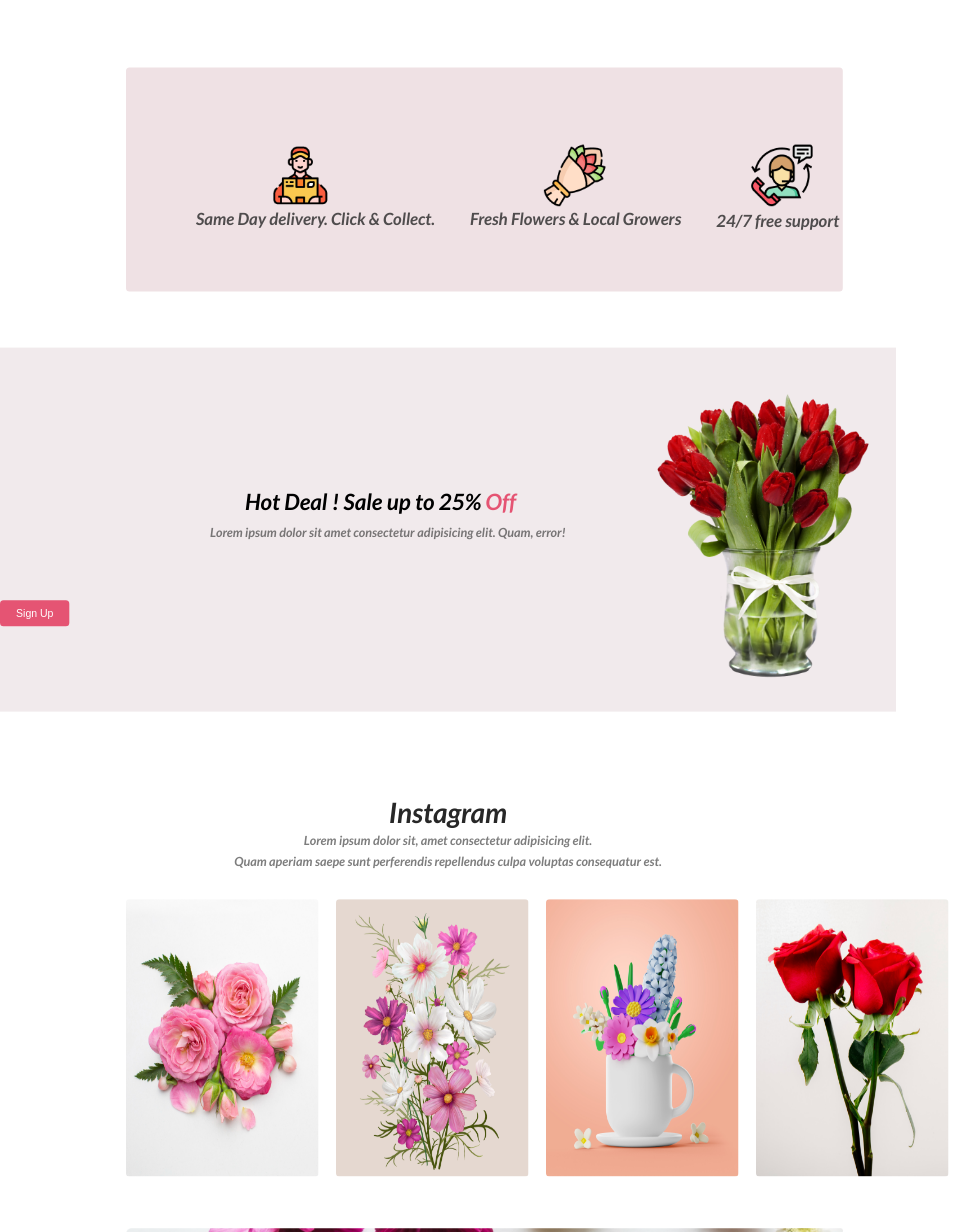
Repository: AnitaAkter/anita-flower-shop
Page: index.html
These files come from the project's save history. The page is drawn as it stood at one moment and after a run of saves; the edit follows.
The browser window is 1280 px wide. The page is 1393 px wide, so the pictures cover 1393 px, including what lies to the right of the window. The pictures show the part of the page from y = 1691 to 3451 px (the page is 3766 px tall), at 70% of full size.

Above is the page before, as saved 2023-09-06 20:35:22.

After the next 5 saves:
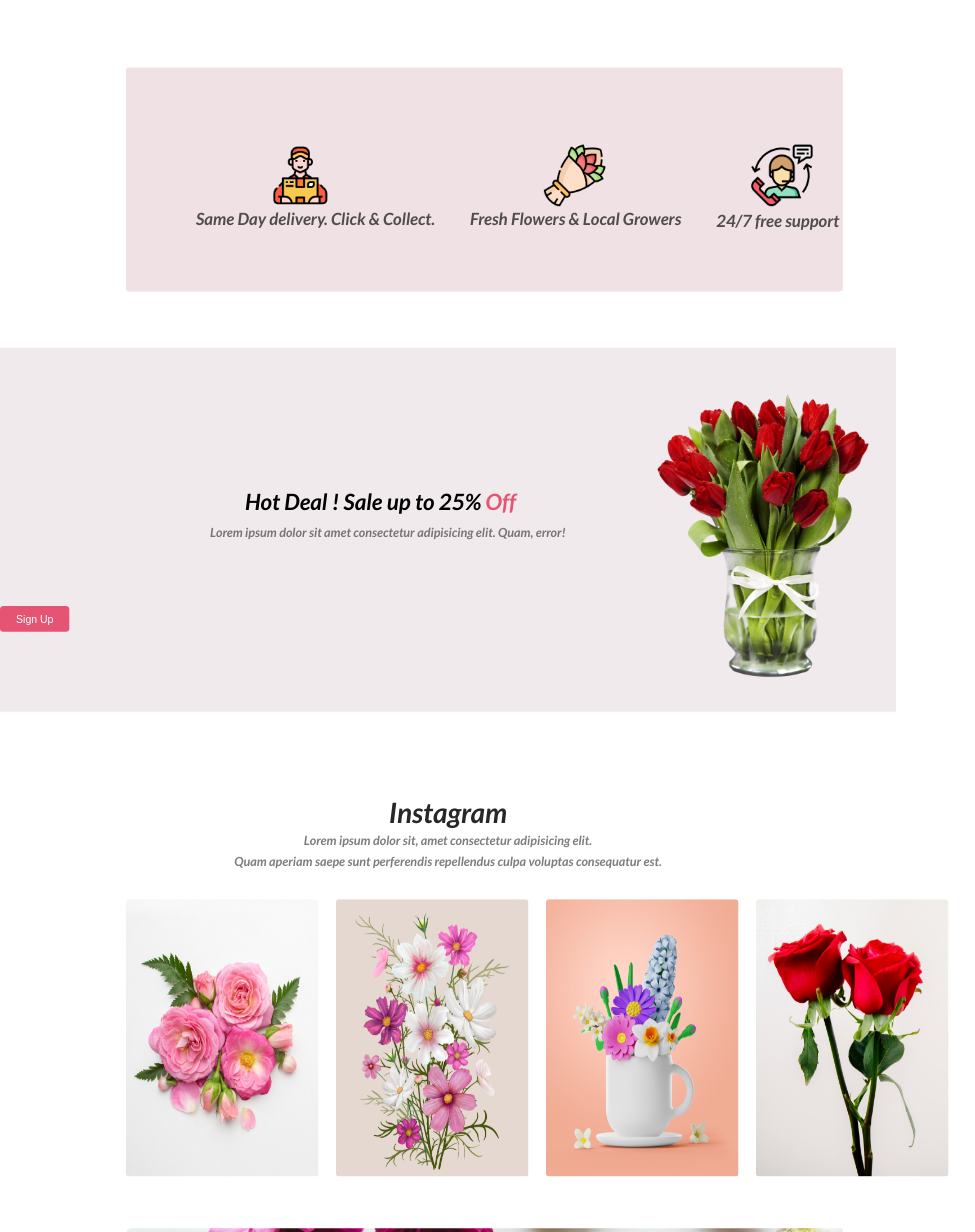
The 5 saves are shown as one change because they came seconds apart.
The last was saved 15 s later.
--- a/style.css
+++ b/style.css
@@ -258,7 +258,8 @@
 
     padding: 10px 23px;
 
-
+   align-items: center;
+   plac
     margin-top: -100px;
 
 }

After the save that followed:
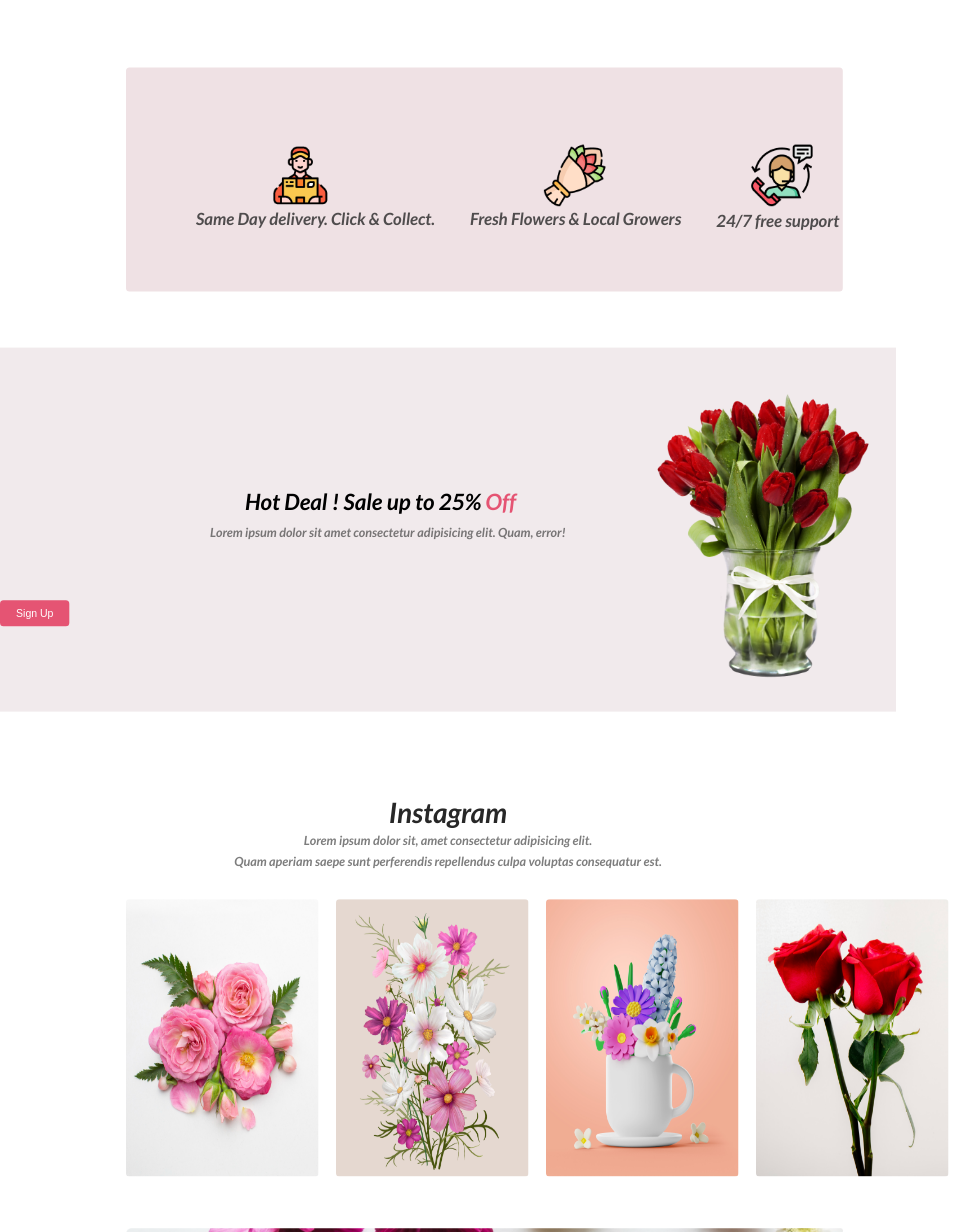
Saved 5 s later.
--- a/style.css
+++ b/style.css
@@ -258,8 +258,8 @@
 
     padding: 10px 23px;
 
-   align-items: center;
-   plac
+    align-items: center;
+    place-items: center;
     margin-top: -100px;
 
 }
